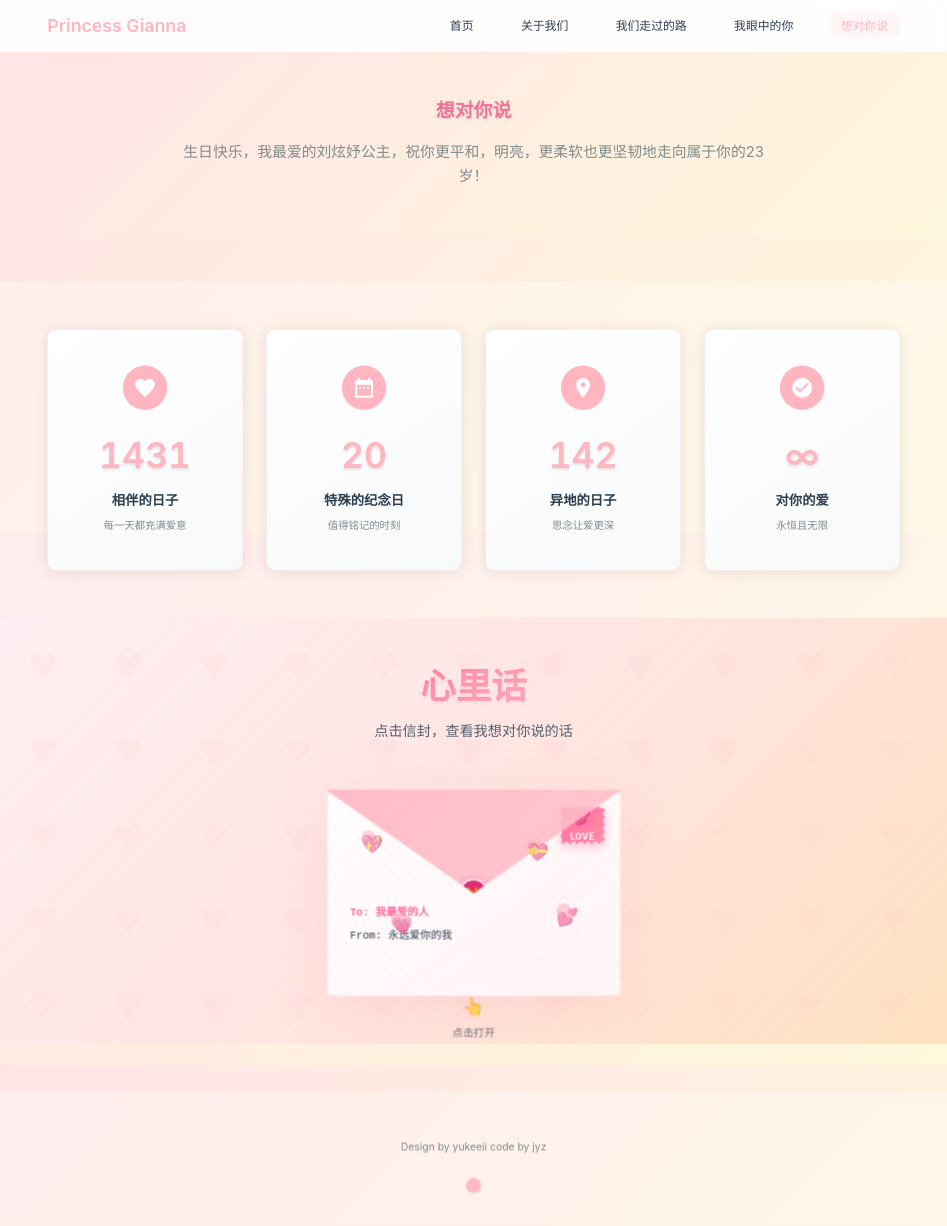
Repository: PrincessGianna/PrincessGianna.github.io
Page: pages/message.html
These files come from the project's save history. The page is drawn as it stood at one moment and after the next save; the edit follows.
The browser window is 1280 px wide. The pictures show the whole page, at 74% of full size.
Backgrounds fixed to the window are drawn as part of the page. Some web fonts or font styles are not loaded; a fallback is used.

Above is the page before, as saved 2025-09-29 02:12:17.

After the next save:
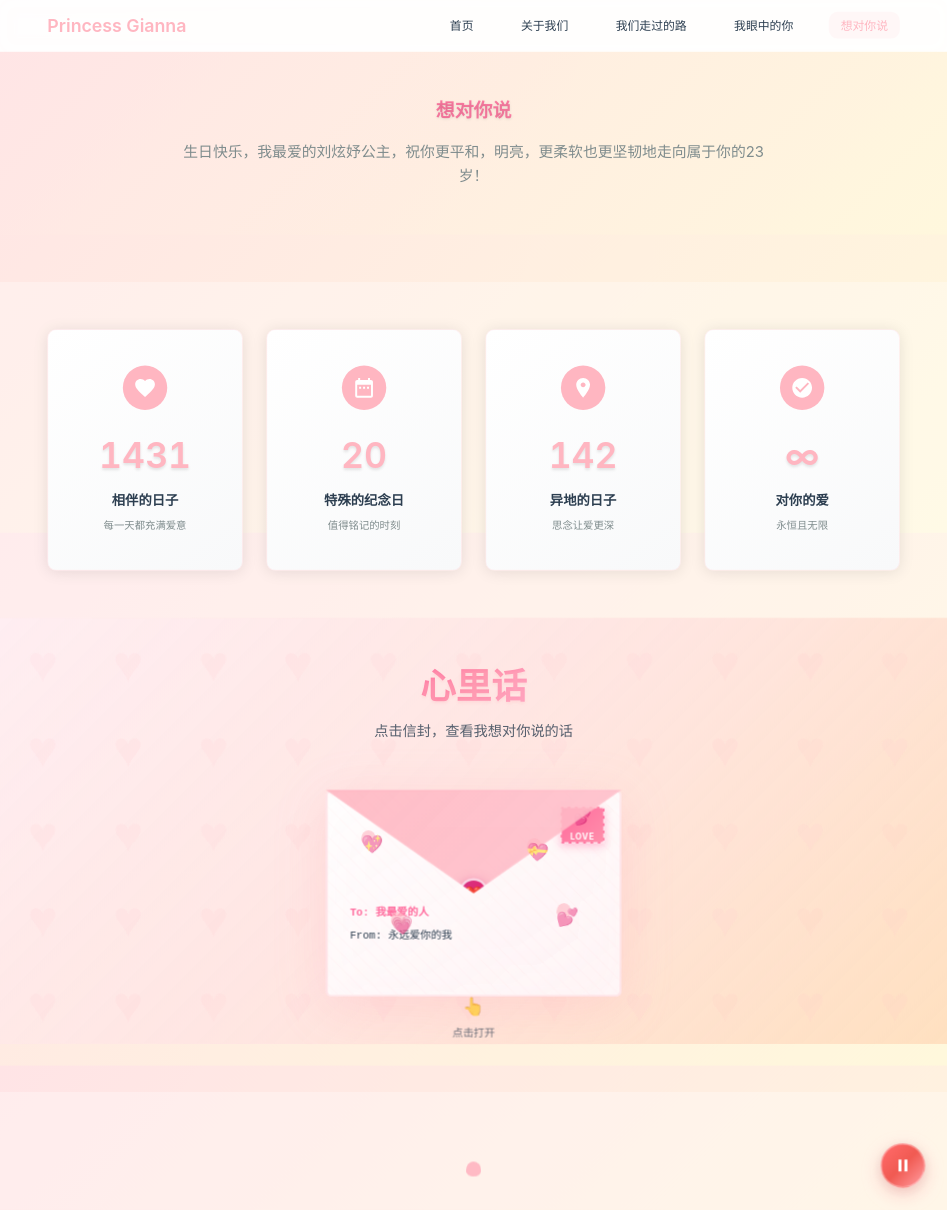
Saved 30 s later.
--- a/pages/message.html
+++ b/pages/message.html
@@ -192,7 +192,7 @@
           <div class="love-pages">
             <div class="love-page active">
               <div class="page-date handwriting">2025.09.29</div>
-              <h4 class="page-title handwriting">💖 写给刘炫妤公主的生日信</h4>
+              <h4 class="page-title handwriting">💖 致我最爱的刘炫妤公主</h4>
               <div class="page-text handwriting-text">
                 <p class="handwriting-line">亲爱的刘炫妤小朋友，</p>
                 <p class="handwriting-line">见字如面。</p>
@@ -203,58 +203,37 @@
                   如愿以偿的在同一个国度再次相遇了，哪怕暂时有着三个小时的时差。
                 </p>
                 <p class="handwriting-line">
-                  这是我们相逢的第4个年头了。最近刚到西雅图，总是想到你，想到我们当时在的伦敦。
-                </p>
-                <p class="handwriting-line">那是我人生中最梦幻和欢愉的时刻。</p>
-                <p class="handwriting-line">
-                  记得去年这个时候，你似乎还不适应安娜堡的生活，总与我诉说，我总想和你一起经历，
-                </p>
-                <p class="handwriting-line">却是无能为力。</p>
-                <p class="handwriting-line">
-                  再看到你一点一点成长，成熟自己的羽翼，见你巍然，见你闪烁，见你被爱包裹，我都由
-                </p>
-                <p class="handwriting-line">衷的热泪盈眶。</p>
-                <p class="handwriting-line">
-                  还记得去年圣诞在南京的时候，今年在北京的时候，每次重逢后的瞬间，我都觉得特别，
-                </p>
-                <p class="handwriting-line">
-                  那是我烦闷寡淡人生的极少的，有着热烈的时刻。
-                </p>
-                <p class="handwriting-line">
-                  你离开后的每天，我都很想你。更多时候我都觉得，世界上不会有你更了解我。那些炙热
-                </p>
-                <p class="handwriting-line">
-                  又浪漫的，我们的独家记忆，成为了共同的你和我。
+                  这是我们相逢的第4个年头了。最近刚到西雅图，总是想到你，想到我们当时在的伦敦。那是我人生中最梦幻和欢愉的时刻。
+                </p>
+                <p class="handwriting-line">
+                  记得去年这个时候，你似乎还不适应安娜堡的生活，总与我诉说，我总想和你一起经历，却是无能为力。
+                </p>
+                <p class="handwriting-line">
+                  再看到你一点一点成长，成熟自己的羽翼，见你巍然，见你闪烁，见你被爱包裹，我都由衷的热泪盈眶。
+                </p>
+                <p class="handwriting-line">
+                  还记得去年圣诞在南京的时候，今年在北京的时候，每次重逢后的瞬间，我都觉得特别，那是我烦闷寡淡人生的极少的，有着热烈的时刻。
+                </p>
+                <p class="handwriting-line">
+                  你离开后的每天，我都很想你。更多时候我都觉得，世界上不会有你更了解我。那些炙热又浪漫的，我们的独家记忆，成为了共同的你和我。
                 </p>
                 <p class="handwriting-line">
                   "人生是一段孤独旅程，但我遇见了你，你不是我，却又像世界上的另一个我。"
                 </p>
                 <p class="handwriting-line">
-                  如今的你，已然足够的强大，自信。虽然偶尔也会为前路迷茫，焦虑。但二十三岁的人生
-                </p>
-                <p class="handwriting-line">
-                  才刚开始，你还拥有着无尽的盛夏与辽阔。
-                </p>
-                <p class="handwriting-line">
-                  你总说我夸你，吹彩虹屁。之前和朋友聊到你，形容你像向日葵一样不断的绽放光彩，
-                </p>
-                <p class="handwriting-line">
-                  其实不是的，我说，你不必向着光，你本身就是太阳。
+                  如今的你，已然足够的强大，自信。虽然偶尔也会为前路迷茫，焦虑。但二十三岁的人生才刚开始，你还拥有着无尽的盛夏与辽阔。
+                </p>
+                <p class="handwriting-line">
+                  你总说我夸你，吹彩虹屁。之前和朋友聊到你，形容你像向日葵一样不断的绽放光彩，其实不是的，我说，你不必向着光，你本身就是太阳。
                 </p>
                 <p class="handwriting-line">
                   所以呀，不必去苦恼追寻着什么，这个世界上总有一些人，和一些光，生来就是为你而来的。
                 </p>
                 <p class="handwriting-line">
-                  或许烦闷难以避免，这是长大后的第一悲哀。但如果逃避能让你感觉轻松，那我帮你收拾
-                </p>
-                <p class="handwriting-line">
-                  行囊，旷野天地间，自有我们的一隅。
-                </p>
-                <p class="handwriting-line">
-                  不必害怕，你和眼泪一样，请敢于冲出眼眶。若败北，我们东山再起。若困境，我们逆风
-                </p>
-                <p class="handwriting-line">
-                  翻盘，否极泰来，峰回路转。我永远站在，你转头就能看见的地方。
+                  或许烦闷难以避免，这是长大后的第一悲哀。但如果逃避能让你感觉轻松，那我帮你收拾行囊，旷野天地间，自有我们的一隅。
+                </p>
+                <p class="handwriting-line">
+                  不必害怕，你和眼泪一样，请敢于冲出眼眶。若败北，我们东山再起。若困境，我们逆风翻盘，否极泰来，峰回路转。我永远站在，你转头就能看见的地方。
                 </p>
                 <p class="handwriting-line">
                   谢谢你，以你的存在，创造了一个节日。
@@ -267,7 +246,9 @@
                 <p class="handwriting-line">
                   祝你跨越苦难向春山，在此起彼伏的山野中遇见永不消弭的盛夏。
                 </p>
-                <p class="handwriting-line signature">❤️ 永远爱你的余可晔</p>
+                <p class="handwriting-line"></p>
+                <p class="handwriting-line"></p>
+                <p class="handwriting-line signature">最爱你的余可晔 ❤️</p>
               </div>
             </div>
           </div>
@@ -279,7 +260,7 @@
     <footer class="message-footer">
       <div class="footer-content">
         <div class="love-quote">
-          <div class="quote-author">Design by yukeeii code by jyz</div>
+          <div class="quote-author"></div>
         </div>
         <div class="footer-hearts">
           <div class="floating-heart"></div>
@@ -290,6 +271,7 @@
     </footer>
 
     <!-- JavaScript 文件 -->
+    <script src="../js/music.js"></script>
     <script src="../js/utils.js"></script>
     <script src="../js/animations.js"></script>
     <script src="../js/main.js"></script>
